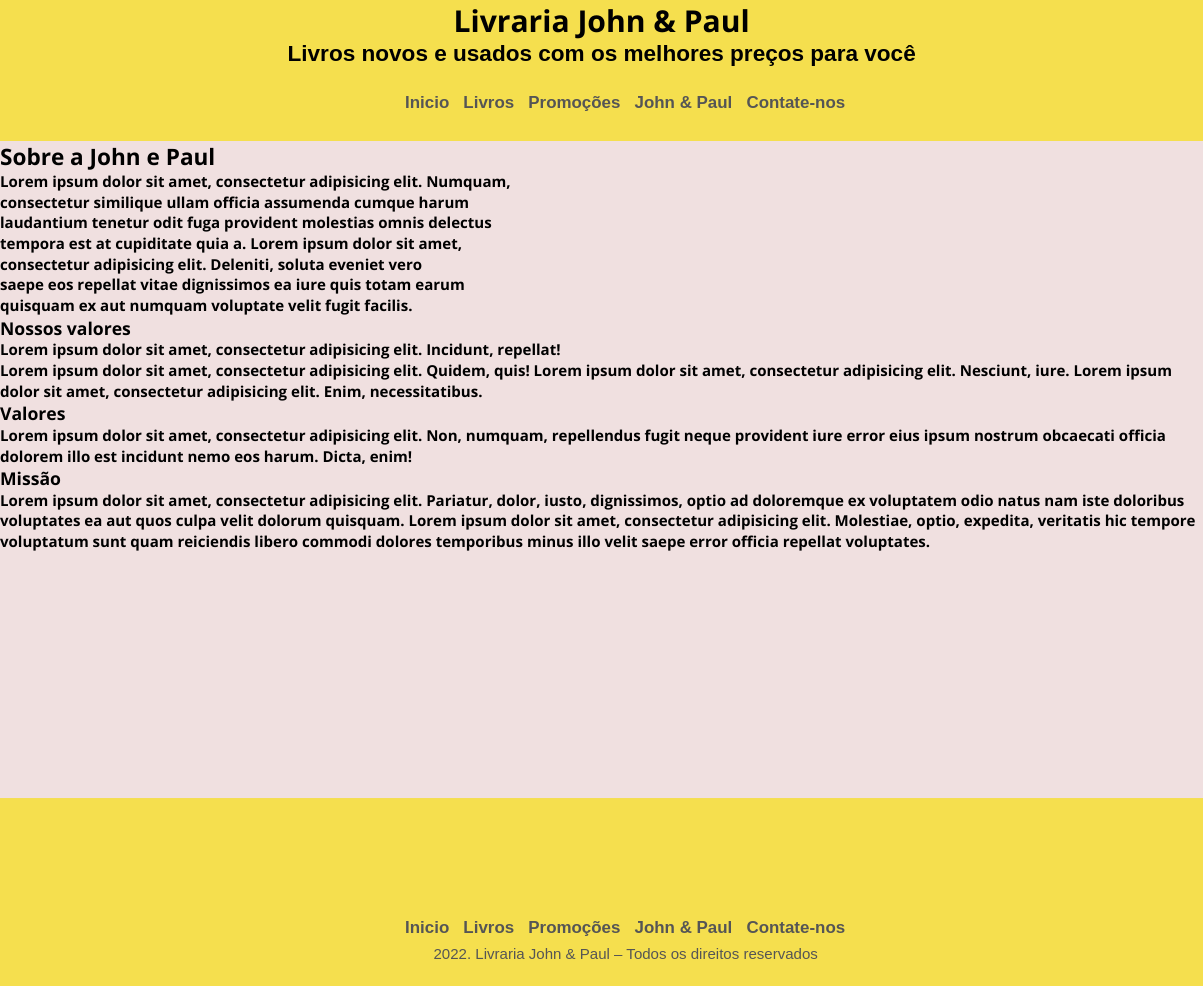
Repository: MarcoantonioCaldeira/Site-livraria-John-e-Paul
Page: sobre.html
These files come from the project's save history. The page is drawn as it stood at one moment and after the next save; the edit follows.
The browser window is 1280 px wide. The pictures show the whole page, at 94% of full size.

Above is the page before, as saved 2022-09-25 10:25:47.

### sobre.html
<!doctype html>
<html dir="ltr" lang="pt-BR">
<head>
   <meta name="viewport" content="width=device-width, initial-scale=1.0">

   <title>Meu Primeiro Projeto</title>
   <link rel="stylesheet" href="css/estilo.css">
</head>
<body>
<header id="topo">
   <h1 class="center"> Livraria John & Paul</h1>
   <h2 class="center">Livros novos e usados com os melhores preços para você</h2>
</header>
<nav id="menu-sobre">
   <ul>
      <li><a href="index.html">Inicio</a></li>
      <li><a href="produtos.html">Livros</a></li>
      <li><a href="#">Promoções</a></li>
      <li><a href="sobre.html">John & Paul</a></li>
      <li><a href="contato.html">Contate-nos</a></li>
   </ul>
</nav>
<section class="sobre">
   <h1>Sobre a John e Paul</h1>

      <h4>Lorem ipsum dolor sit amet, consectetur adipisicing elit. Numquam,<br>
      consectetur similique ullam officia assumenda cumque harum<br> laudantium tenetur
      odit fuga provident molestias omnis delectus<br> tempora est at cupiditate quia a.
      Lorem ipsum dolor sit amet,<br> consectetur adipisicing elit. Deleniti,
      soluta eveniet vero<br> saepe eos repellat vitae dignissimos ea iure quis
      totam earum<br> quisquam ex aut numquam voluptate velit fugit facilis.</h4>


   <h3>Nossos valores</h3>

      <h4>Lorem ipsum dolor sit amet, consectetur adipisicing elit. Incidunt, repellat!<br>
      Lorem ipsum dolor sit amet, consectetur adipisicing elit. Quidem, quis!
      Lorem ipsum dolor sit amet, consectetur adipisicing elit. Nesciunt, iure.
      Lorem ipsum dolor sit amet, consectetur adipisicing elit. Enim, necessitatibus.</h4>


   <h3>Valores</h3>

      <h4>Lorem ipsum dolor sit amet, consectetur adipisicing elit.
      Non, numquam, repellendus fugit neque provident iure error eius
      ipsum nostrum obcaecati officia dolorem illo est incidunt nemo eos
      harum. Dicta, enim!</h4>

   <h3>Missão</h3>

      <h4>Lorem ipsum dolor sit amet, consectetur adipisicing elit. Pariatur, dolor, iusto,
      dignissimos, optio ad doloremque ex voluptatem odio natus nam iste doloribus voluptates ea
      aut quos culpa velit dolorum quisquam. Lorem ipsum dolor sit amet, consectetur adipisicing
      elit. Molestiae, optio, expedita, veritatis hic tempore voluptatum sunt quam reiciendis libero
      commodi dolores temporibus minus illo velit saepe error officia repellat voluptates.</h4>

</section>

<footer id="rodape">
   <ul class="ul_rodape">
      <li><a href="index.html">Inicio</a></li>
      <li><a href="produtos.html">Livros</a></li>
      <li><a href="#">Promoções</a></li>
      <li><a href="sobre.html">John & Paul</a></li>
      <li><a href="contato.html">Contate-nos</a></li>
   </ul>
   <p>2022. Livraria John & Paul – Todos os direitos reservados</p>
</footer>
</body>
</html>

### css/estilo.css
/* Import font from google */
@import url(http://fonts.googleapis.com/css?family=Open+Sans:400,300,700);

*{
   margin: 0;
}


body{
   background-color:  rgb(240, 224, 224);
   font-family: sans-serif;
   margin: 0;
   padding: 0;
}
h1,h3,h4,h5,h6{
   font-family: 'Open Sans', sans-serif;
}

.h2_destaque{
   margin-left: 45%;
   margin-top: 5%;
   color:#555;
   font-family: 'Open Sans', sans-serif;
}

#topo{
   background-color: #f5df4e;
   width: 100%;
   height:150px;
   margin:0 auto;
}

.destaques{
   background-color: rgb(240, 224, 224);
   width: 100%;
   height:1300px;
}


#menu{
   width:50%;
   text-align: center;
   margin-top: 2%;
   margin-left: 25%;
   height:50px;
}

a{
   font-weight:600;
   text-decoration: none;
   margin-left: 10px;
   font-family: arial;
   color:#555;
}

#menu li{
   display:inline;
}
.destaques li{
   width: 50%;
   float: left;
   text-align: center;
   list-style: none;
   padding: 20px 0;
}

ul{
   font-size: 18px;
}


.ul_rodape{
   margin-top: 10%;
}

.destaques li strong{
   width: 100%;
   display: block;
}
.center{
   text-align: center;
}


form fieldset{
   border: none;
}
form legend{
   text-transform: uppercase;
   font-size: 1.2em;
   padding: 0;
   width: 100%;
   border-bottom: 1px solid #555;
}
form label, form input:not([type=checkbox]), form select, form textarea{
   width: 100%;
}
form div{
   width: 48%;
   margin: 0 1%;
   height: 180px;
   float: left;
}
button{
   padding: 10px 20px;
   background-color: blue;
   color: #fff;
   border: none;
   -webkit-border-radius: 5px;
   -moz-border-radius: 5px;
   border-radius: 5px;
}
#rodape{
   width: 100%;
   height: 200px;
   background-color:  #f5df4e;
   color: #ccc;
   float: left;
   text-align: center;
}

p{
   color: #555;
   line-height: 34px;
   margin-left: 4%;
}

li {
   display: inline;
}

/*Produtos*/
#menu-produtos{
   width:50%;
   text-align: center;
   margin-top: -4%;
   margin-left: 25%;
   height:50px;
}

.produtos{

   height:600px;
}

table{
   position: relative;
   margin-left: 27%;
   top: 20%;
   background-color:rgb(240, 224, 224);
   border-radius: 5px;
   border: 1px solid #555;
}

tr, td{
   border: 1px solid #555;
}


/*Sobre*/

#menu-sobre{
   width:50%;
   text-align: center;
   margin-top: -4%;
   margin-left: 25%;
   height:50px;
}

.sobre{
   width: 100%;
   height:700px;
}








@media  screen and (max-width: 750px){


   #main-menu {
      display: none;
    }
    #hamburger-menu {
      display: inline;
    }

   h2.center, h1.center{
      font-size: 19px;
      color: blue;
   }

   h2.h2_destaque{
      margin-left: 40%;
   }

   ul#ul_rodape{
      color: red;
   }

   p{
      color: black;
      margin-top: 20%;
      margin-left: 4%;
   }

}

After the next save:
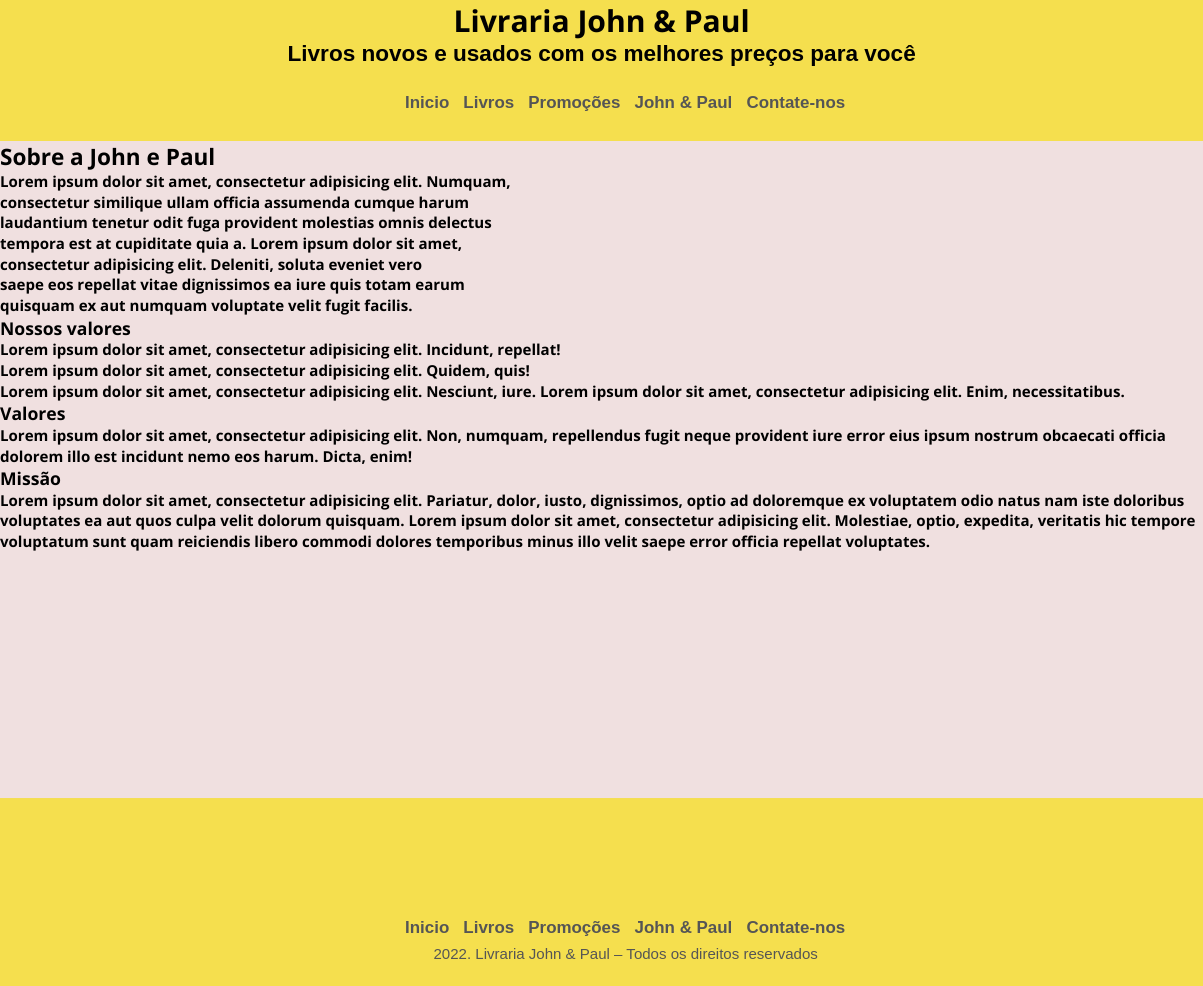
Saved 19 s later.
--- a/sobre.html
+++ b/sobre.html
@@ -34,7 +34,7 @@
    <h3>Nossos valores</h3>
 
       <h4>Lorem ipsum dolor sit amet, consectetur adipisicing elit. Incidunt, repellat!<br>
-      Lorem ipsum dolor sit amet, consectetur adipisicing elit. Quidem, quis!
+      Lorem ipsum dolor sit amet, consectetur adipisicing elit. Quidem, quis!<br>
       Lorem ipsum dolor sit amet, consectetur adipisicing elit. Nesciunt, iure.
       Lorem ipsum dolor sit amet, consectetur adipisicing elit. Enim, necessitatibus.</h4>
 
